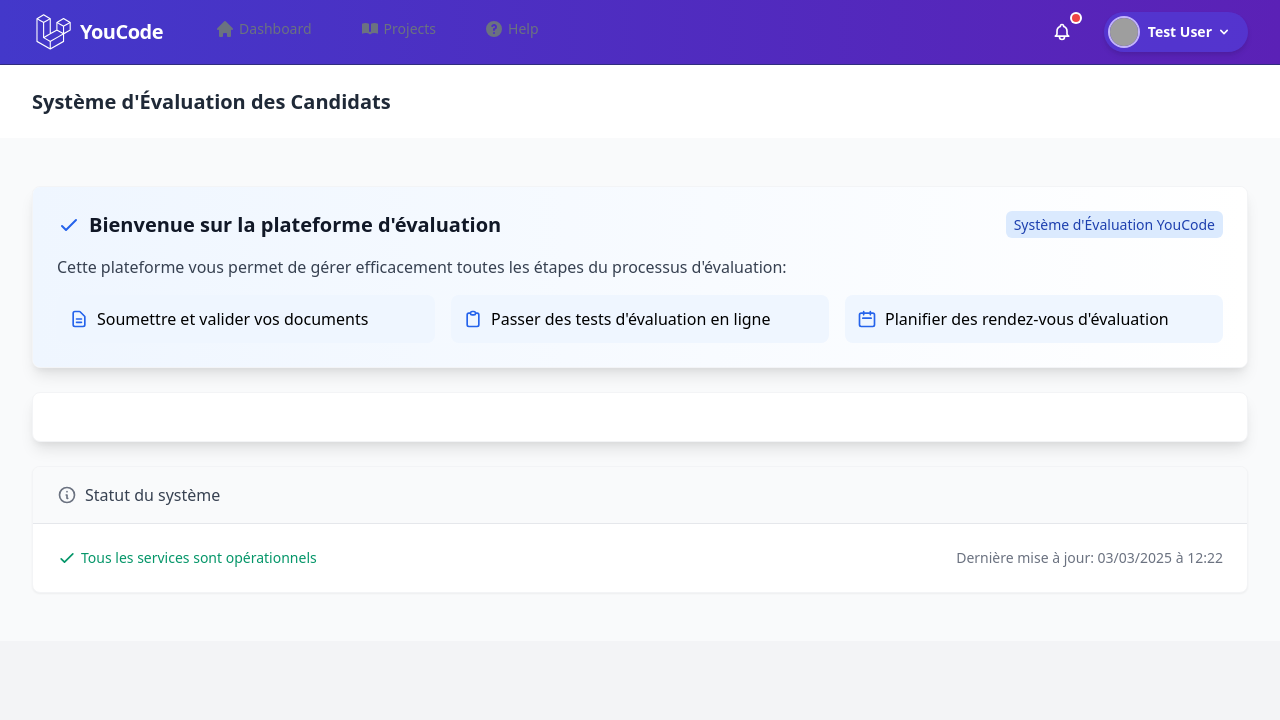
Repository: mohamedm999/Plateforme-de-Tests-d-Acceptation---YouCode-
Page: http://localhost/
The author's editor kept a copy of each file at every save. The page is drawn from the files as they stood at one save, then again after the next save.
The browser window is 1280 px wide. The pictures show the whole page.
Pictures or frames that could not be fetched are drawn as grey boxes. The page is served by the project's Laravel application, run on PHP 8.4 with Laravel 8. A made-up administrator, Test User (test@example.com), is signed in. Queries for data that is not in the repository find no rows.

Above is the page before, as saved 2025-03-04 09:58:55.

After the next save:
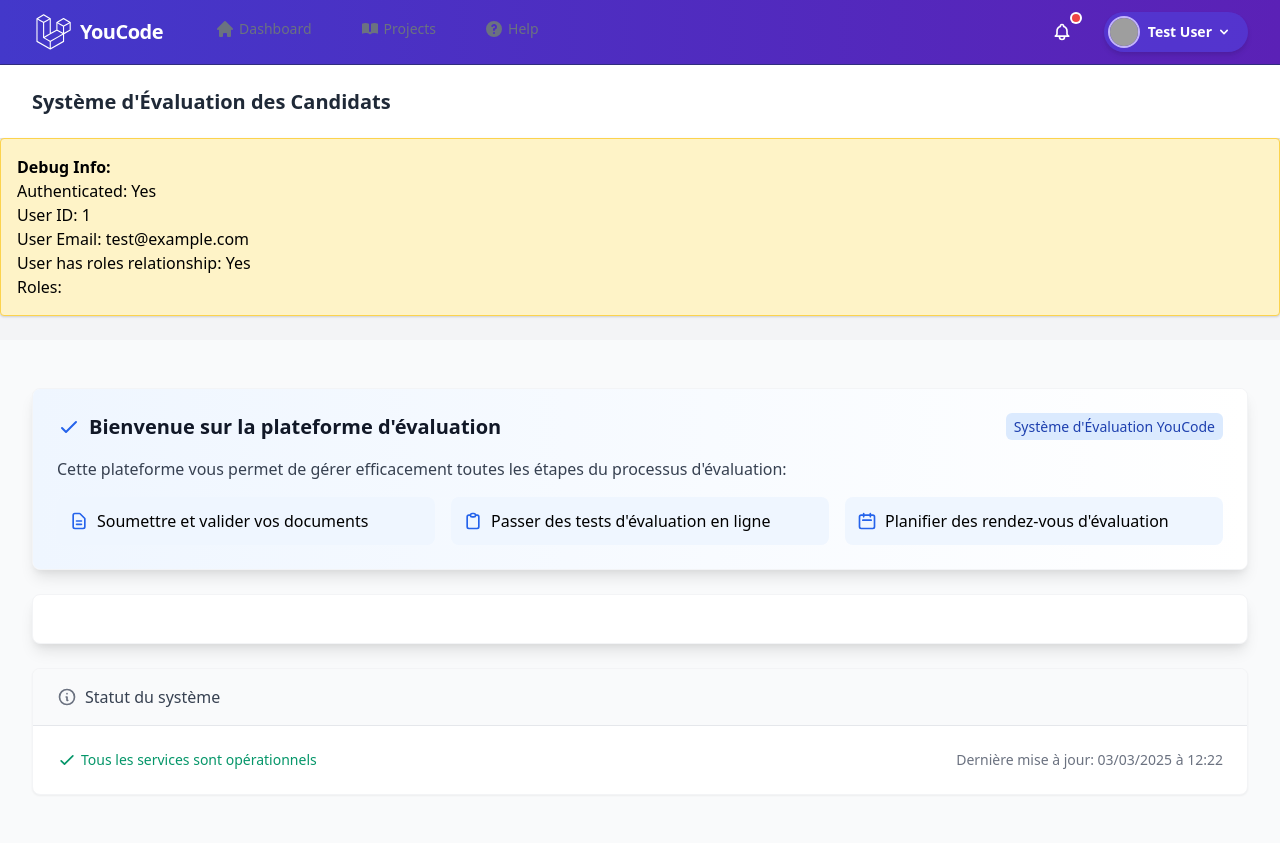
Saved 67 s later.
--- a/projet-evaluation/resources/views/home.blade.php
+++ b/projet-evaluation/resources/views/home.blade.php
@@ -4,6 +4,28 @@
             {{ __('Système d\'Évaluation des Candidats') }}
         </h2>
     </x-slot>
+
+
+    <div class="p-4 mb-6 bg-yellow-100 border border-yellow-300 rounded shadow">
+        <h3 class="font-bold">Debug Info:</h3>
+        <p>Authenticated: {{ auth()->check() ? 'Yes' : 'No' }}</p>
+        @if(auth()->check())
+            <p>User ID: {{ auth()->id() }}</p>
+            <p>User Email: {{ auth()->user()->email }}</p>
+            <p>User has roles relationship: {{ method_exists(auth()->user(), 'roles') ? 'Yes' : 'No' }}</p>
+            @php
+                try {
+                    if (auth()->user()->roles) {
+                        echo "<p>Roles: " . auth()->user()->roles->pluck('name')->implode(', ') . "</p>";
+                    } else {
+                        echo "<p>No roles found or relationship not loaded</p>";
+                    }
+                } catch(\Exception $e) {
+                    echo "<p>Error: " . $e->getMessage() . "</p>";
+                }
+            @endphp
+        @endif
+    </div>
 
     <div class="py-12 bg-gray-50">
         <div class="mx-auto max-w-7xl sm:px-6 lg:px-8">
